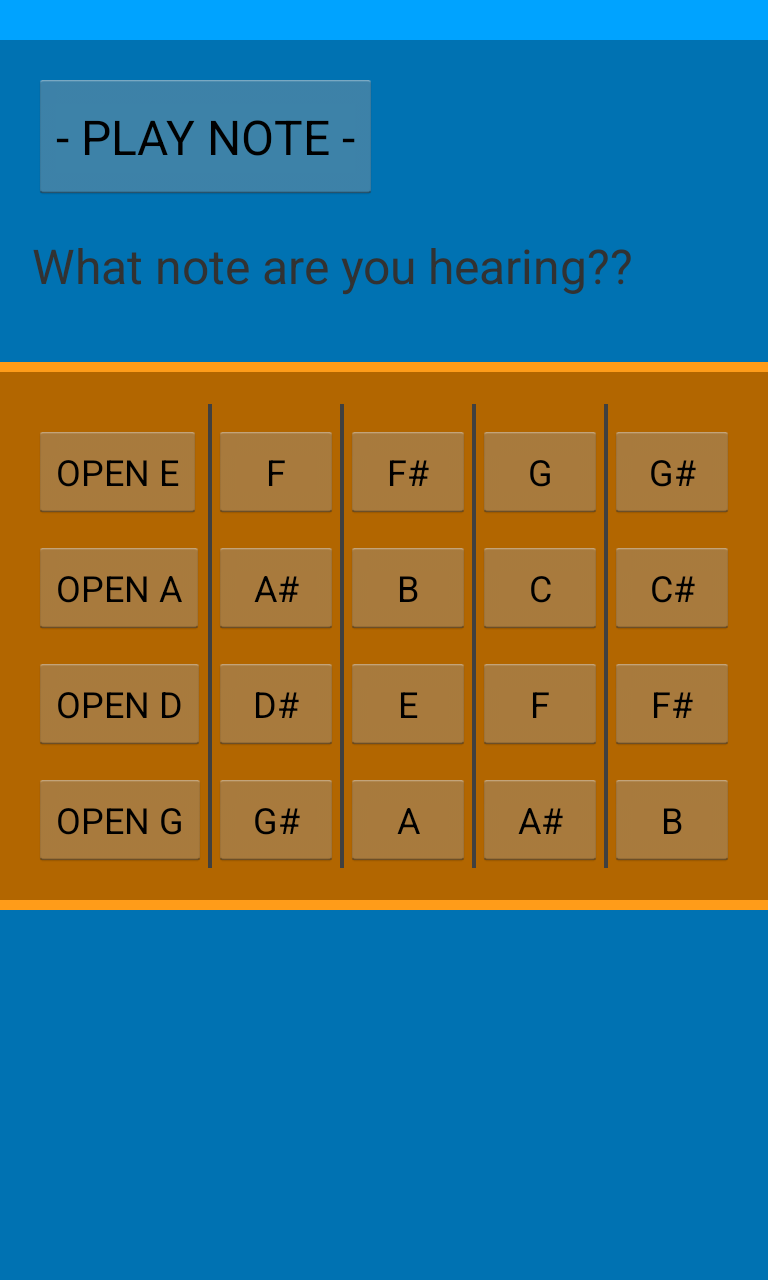
Repository: elliott-ribner/android-guitar-trainer
Layout: randomnotegenerator/res/layout/activity_main.xml
The author's editor kept a copy of each file at every save. The layout is drawn from the files as they stood at one save, then again after the next save.
It is drawn on a 768 x 1280 px phone screen (xhdpi) without system bars, with theme AppTheme; the app's code is not run.

Above is the layout before, as saved 2014-06-09 01:07:25.

### randomnotegenerator/res/layout/activity_main.xml
<LinearLayout xmlns:android="http://schemas.android.com/apk/res/android"
    xmlns:tools="http://schemas.android.com/tools"
    android:layout_width="match_parent"
    android:layout_height="match_parent"
    android:background="#0072B2"
    android:orientation="vertical"
    tools:context="com.elliott.randomnotegenerator.MainActivity$PlaceholderFragment" >

    <LinearLayout
        android:layout_width="fill_parent"
        android:layout_height="20dip"
        android:background="#00A3FF"

        android:paddingBottom="@dimen/activity_vertical_margin"
        android:paddingLeft="@dimen/activity_horizontal_margin"
        android:paddingRight="@dimen/activity_horizontal_margin"
        android:paddingTop="@dimen/activity_vertical_margin" />
    <LinearLayout
        android:layout_width="fill_parent"
        android:layout_height="wrap_content"

        android:orientation="vertical"
        android:paddingBottom="@dimen/activity_vertical_margin"
        android:paddingLeft="@dimen/activity_horizontal_margin"
        android:paddingRight="@dimen/activity_horizontal_margin"
        android:paddingTop="@dimen/activity_vertical_margin" >

        <Button
            android:id="@+id/ButtonPlay"
            android:layout_width="wrap_content"
            android:layout_height="wrap_content"
            android:paddingBottom="@dimen/activity_vertical_margin"
            android:paddingTop="@dimen/activity_vertical_margin"
            android:text="@string/play"
            android:textSize="24sp" />

        <TextView
            android:id="@+id/promptBox"
            android:layout_width="wrap_content"
            android:layout_height="wrap_content"
            android:paddingBottom="@dimen/activity_vertical_margin"
            android:paddingTop="@dimen/activity_vertical_margin"
            android:text="@string/prompt"
            android:textSize="24sp" />
    </LinearLayout>
<LinearLayout
        android:layout_width="fill_parent"
        android:layout_height="5dip"
        android:background="#FF9C19"

        android:paddingBottom="@dimen/activity_vertical_margin"
        android:paddingLeft="@dimen/activity_horizontal_margin"
        android:paddingRight="@dimen/activity_horizontal_margin"
        android:paddingTop="@dimen/activity_vertical_margin" />

        <LinearLayout
            android:layout_width="fill_parent"
            android:layout_height="wrap_content"
             android:background="#B26600"
            android:orientation="horizontal"
            android:paddingBottom="@dimen/activity_vertical_margin"
        android:paddingLeft="@dimen/activity_horizontal_margin"
        android:paddingRight="@dimen/activity_horizontal_margin"
        android:paddingTop="@dimen/activity_vertical_margin"  >

            <LinearLayout
                android:layout_width="wrap_content"
                android:layout_height="wrap_content"
                android:orientation="vertical" >

                <Button
                    android:id="@+id/ButtonEL"
                    android:layout_width="wrap_content"
                    android:layout_height="wrap_content"
                    android:layout_marginTop="10dp"
                    android:text="@string/el" />

                <Button
                    android:id="@+id/ButtonAL"
                    android:layout_width="wrap_content"
                    android:layout_height="wrap_content"
                    android:layout_marginTop="10dp"
                    android:text="@string/al" />

                <Button
                    android:id="@+id/ButtonD"
                    android:layout_width="wrap_content"
                    android:layout_height="wrap_content"
                    android:layout_marginTop="10dp"
                    android:text="@string/d" />

                <Button
                    android:id="@+id/ButtonG"
                    android:layout_width="wrap_content"
                    android:layout_height="wrap_content"
                    android:layout_marginTop="10dp"
                    android:text="@string/g" />
            </LinearLayout>

            <View
                android:layout_width="2dip"
                android:layout_height="fill_parent"
                android:background="#404040" />

            <LinearLayout
                android:layout_width="wrap_content"
                android:layout_height="wrap_content"
                android:orientation="vertical" >

                <Button
                    android:id="@+id/ButtonFL"
                    android:layout_width="wrap_content"
                    android:layout_height="wrap_content"
                    android:layout_marginTop="10dp"
                    android:text="@string/fl" />

                <Button
                    android:id="@+id/ButtonASL"
                    android:layout_width="wrap_content"
                    android:layout_height="wrap_content"
                    android:layout_marginTop="10dp"
                    android:text="@string/asl" />

                <Button
                    android:id="@+id/ButtonDS"
                    android:layout_width="wrap_content"
                    android:layout_height="wrap_content"
                    android:layout_marginTop="10dp"
                    android:text="@string/ds" />

                <Button
                    android:id="@+id/ButtonGS"
                    android:layout_width="wrap_content"
                    android:layout_height="wrap_content"
                    android:layout_marginTop="10dp"
                    android:text="@string/gs" />
            </LinearLayout>

            <View
                android:layout_width="2dip"
                android:layout_height="fill_parent"
                android:background="#404040" />

            <LinearLayout
                android:layout_width="wrap_content"
                android:layout_height="wrap_content"
                android:orientation="vertical" >

                <Button
                    android:id="@+id/ButtonFSL"
                    android:layout_width="wrap_content"
                    android:layout_height="wrap_content"
                    android:layout_marginTop="10dp"
                    android:text="@string/fsl" />

                <Button
                    android:id="@+id/ButtonBL"
                    android:layout_width="wrap_content"
                    android:layout_height="wrap_content"
                    android:layout_marginTop="10dp"
                    android:text="@string/bl" />

                <Button
                    android:id="@+id/ButtonE"
                    android:layout_width="wrap_content"
                    android:layout_height="wrap_content"
                    android:layout_marginTop="10dp"
                    android:text="@string/e" />

                <Button
                    android:id="@+id/ButtonA"
                    android:layout_width="wrap_content"
                    android:layout_height="wrap_content"
                    android:layout_marginTop="10dp"
                    android:text="@string/a" />
            </LinearLayout>

            <View
                android:layout_width="2dip"
                android:layout_height="fill_parent"
                android:background="#404040" />

            <LinearLayout
                android:layout_width="wrap_content"
                android:layout_height="wrap_content"
                android:orientation="vertical" >

                <Button
                    android:id="@+id/ButtonGL"
                    android:layout_width="wrap_content"
                    android:layout_height="wrap_content"
                    android:layout_marginTop="10dp"
                    android:text="@string/gl" />

                <Button
                    android:id="@+id/ButtonC"
                    android:layout_width="wrap_content"
                    android:layout_height="wrap_content"
                    android:layout_marginTop="10dp"
                    android:text="@string/c" />

                <Button
                    android:id="@+id/ButtonF"
                    android:layout_width="wrap_content"
                    android:layout_height="wrap_content"
                    android:layout_marginTop="10dp"
                    android:text="@string/f" />

                <Button
                    android:id="@+id/ButtonAS"
                    android:layout_width="wrap_content"
                    android:layout_height="wrap_content"
                    android:layout_marginTop="10dp"
                    android:text="@string/as" />
            </LinearLayout>

            <View
                android:layout_width="2dip"
                android:layout_height="fill_parent"
                android:background="#404040" />

            <LinearLayout
                android:layout_width="wrap_content"
                android:layout_height="wrap_content"
                android:orientation="vertical" >

                <Button
                    android:id="@+id/ButtonGSL"
                    android:layout_width="wrap_content"
                    android:layout_height="wrap_content"
                    android:layout_marginTop="10dp"
                    android:text="@string/gsl" />

                <Button
                    android:id="@+id/ButtonCS"
                    android:layout_width="wrap_content"
                    android:layout_height="wrap_content"
                    android:layout_marginTop="10dp"
                    android:text="@string/cs" />

                <Button
                    android:id="@+id/ButtonFS"
                    android:layout_width="wrap_content"
                    android:layout_height="wrap_content"
                    android:layout_marginTop="10dp"
                    android:text="@string/fs" />

                <Button
                    android:id="@+id/ButtonB"
                    android:layout_width="wrap_content"
                    android:layout_height="wrap_content"
                    android:layout_marginTop="10dp"
                    android:text="@string/b" />
            </LinearLayout>

        </LinearLayout>

    <LinearLayout
        android:layout_width="fill_parent"
        android:layout_height="5dip"
        android:background="#FF9C19"

        android:paddingBottom="@dimen/activity_vertical_margin"
        android:paddingLeft="@dimen/activity_horizontal_margin"
        android:paddingRight="@dimen/activity_horizontal_margin"
        android:paddingTop="@dimen/activity_vertical_margin" />



         <LinearLayout
        android:layout_width="fill_parent"
        android:layout_height="wrap_content"
        android:orientation="vertical"

        android:paddingBottom="@dimen/activity_vertical_margin"
        android:paddingLeft="@dimen/activity_horizontal_margin"
        android:paddingRight="@dimen/activity_horizontal_margin"
        android:paddingTop="@dimen/activity_vertical_margin" >

        <TextView
            android:id="@+id/resultBox"
            android:layout_width="wrap_content"
            android:layout_height="wrap_content"
            android:text="@string/result"
            android:textSize="24sp" />
    </LinearLayout>

</LinearLayout>

### randomnotegenerator/res/values/strings.xml
<?xml version="1.0" encoding="utf-8"?>
<resources>

    <string name="app_name">Bass Guitar Ear Trainer</string>
    <string name="hello_world">Hello world!</string>
    <string name="action_settings">Settings</string>
	<string name="play">- PLAY NOTE -</string>
	<string name="prompt">What note are you hearing??</string>
	<string name="result"></string>
	<string name="c">C</string>
	<string name="cs">C#</string>
	<string name="d">OPEN D</string>
	<string name="ds">D#</string>
	<string name="e">E</string>
	<string name="f">F</string>
	<string name="fs">F#</string>
	<string name="g">OPEN G</string>
	<string name="gs">G#</string>
	<string name="a"> A</string>
	<string name="as">A#</string>
	<string name="b">B</string>
	<string name="el">OPEN E</string>
	<string name="fl">F</string>
	<string name="fsl">F#</string>
	<string name="gl">G</string>
	<string name="gsl">G#</string>
	<string name="al">OPEN A</string>
	<string name="asl">A#</string>
	<string name="bl">B</string>

</resources>

Loaded but not shown: randomnotegenerator/res/values/styles.xml (common file); randomnotegenerator/res/values-v11/styles.xml (common file); randomnotegenerator/res/values-v14/styles.xml (common file); randomnotegenerator/res/values/dimens.xml (common file); randomnotegenerator/res/values-w820dp/dimens.xml (common file)

After the next save:
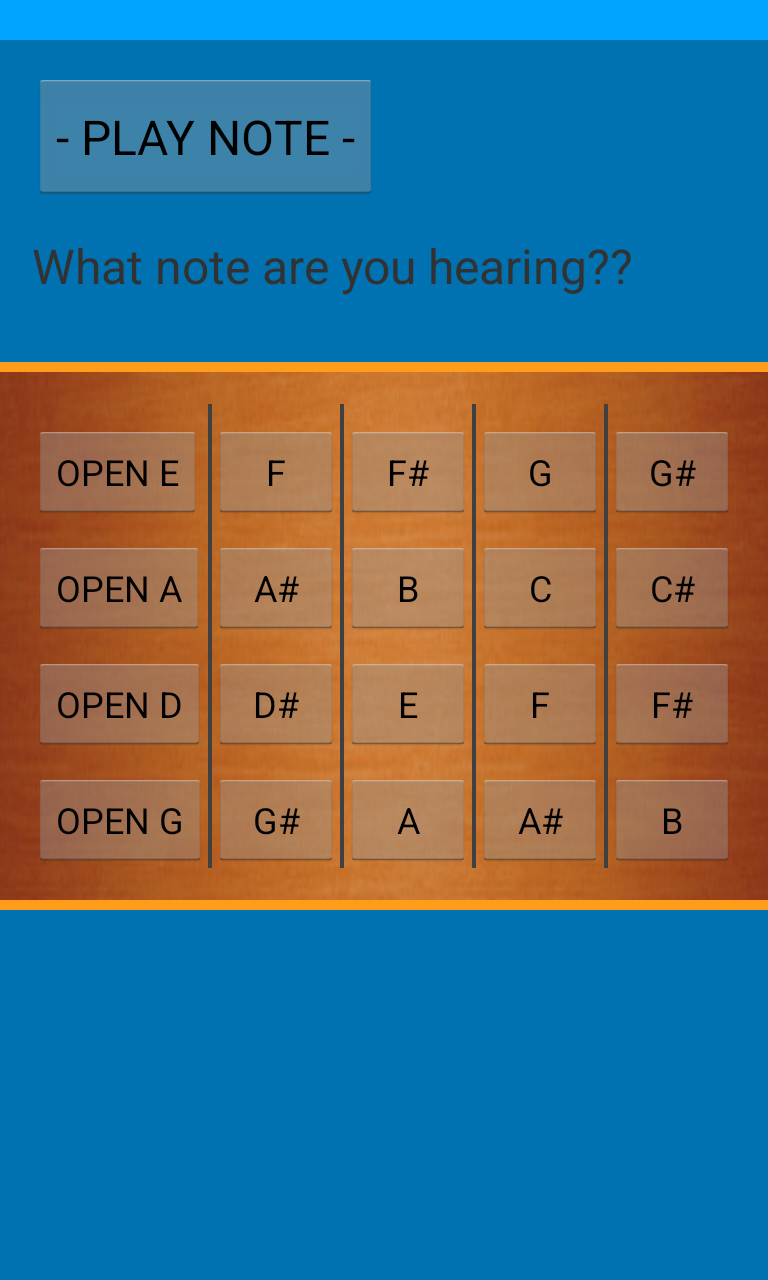
Saved 5 min 56 s later.
--- a/randomnotegenerator/res/layout/activity_main.xml
+++ b/randomnotegenerator/res/layout/activity_main.xml
@@ -56,7 +56,7 @@
         <LinearLayout
             android:layout_width="fill_parent"
             android:layout_height="wrap_content"
-             android:background="#B26600"
+             android:background="@drawable/background"
             android:orientation="horizontal"
             android:paddingBottom="@dimen/activity_vertical_margin"
         android:paddingLeft="@dimen/activity_horizontal_margin"
